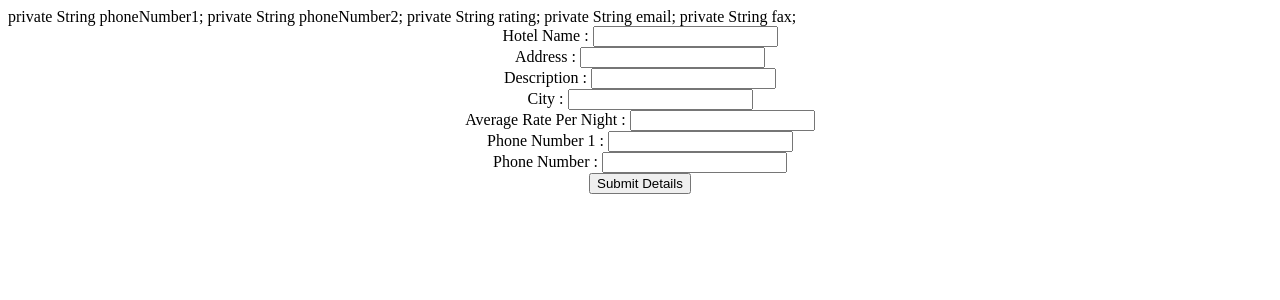
Repository: dishangjain/SpringProject
Page: http://localhost/HotelBookingManagementSystem/JSPs/AddNewHotel.jsp
These files come from the project's save history. The page is drawn as it stood at one moment and after the next save; the edit follows.
The browser window is 1280 px wide. The pictures show the whole page.
The page is served by Tomcat 9. Nobody is signed in. The application's start-up code is not run. Other server files are loaded and not shown. The template is opened directly, without the code that normally fills it, so the values that code supplies are empty.

Above is the page before, as saved 2017-10-14 09:29:24.

### HotelBookingManagementSystem/WebContent/JSPs/AddNewHotel.jsp
<%@ page language="java" contentType="text/html; charset=ISO-8859-1"
    pageEncoding="ISO-8859-1"%>
    <%@ taglib uri="http://www.springframework.org/tags/form" prefix="form"%>
<!DOCTYPE html PUBLIC "-//W3C//DTD HTML 4.01 Transitional//EN" "http://www.w3.org/TR/html4/loose.dtd">
<html>
	<head>
		<meta http-equiv="Content-Type" content="text/html; charset=ISO-8859-1">
		<title>Insert title here</title>
	</head>
	<body>


	private String phoneNumber1;
	private String phoneNumber2;
	private String rating;
	private String email;
	private String fax;



		<center>
			<form:form method="post" modelAttribute="hotelBean" action="addHotelDetails.do">

	  			<label for="hotelName">Hotel Name :</label>
		  		<form:input path="hotelName" id="hotelName" type="text"/><br/>

		  		<label for="address">Address :</label>
		  		<form:input path="address" id="address" type="text"/><br/>

		  		<label for="description">Description :</label>
		  		<form:input path="description" id="description" type="text"/><br/>

		  		<label for="city">City :</label>
		  		<form:input path="city" id="city" type="text"/><br/>

		  		<label for="avgRatePerNight">Average Rate Per Night :</label>
		  		<form:input path="avgRatePerNight" id="avgRatePerNight" type="text"/><br/>

		  		<label for="phoneNumber1">Phone Number 1 :</label>
		  		<form:input path="phoneNumber1" id="phoneNumber1" type="text"/><br/>

		  		<label for="phoneNumber">Phone Number :</label>
		  		<form:input path="phoneNumber" id="phoneNumber" type="text"/><br/>

		  		<input type="submit" value="Submit Details"/>
			</form:form>
		</center>



	</body>
</html>

After the next save:
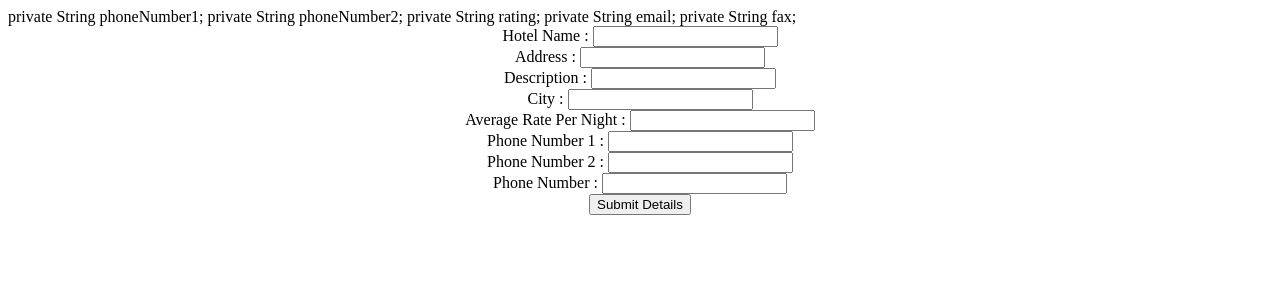
Saved 23 s later.
--- a/HotelBookingManagementSystem/WebContent/JSPs/AddNewHotel.jsp
+++ b/HotelBookingManagementSystem/WebContent/JSPs/AddNewHotel.jsp
@@ -39,6 +39,9 @@
 		  		<label for="phoneNumber1">Phone Number 1 :</label>
 		  		<form:input path="phoneNumber1" id="phoneNumber1" type="text"/><br/>
 
+		  		<label for="phoneNumber2">Phone Number 2 :</label>
+		  		<form:input path="phoneNumber2" id="phoneNumber2" type="text"/><br/>
+
 		  		<label for="phoneNumber">Phone Number :</label>
 		  		<form:input path="phoneNumber" id="phoneNumber" type="text"/><br/>
 
